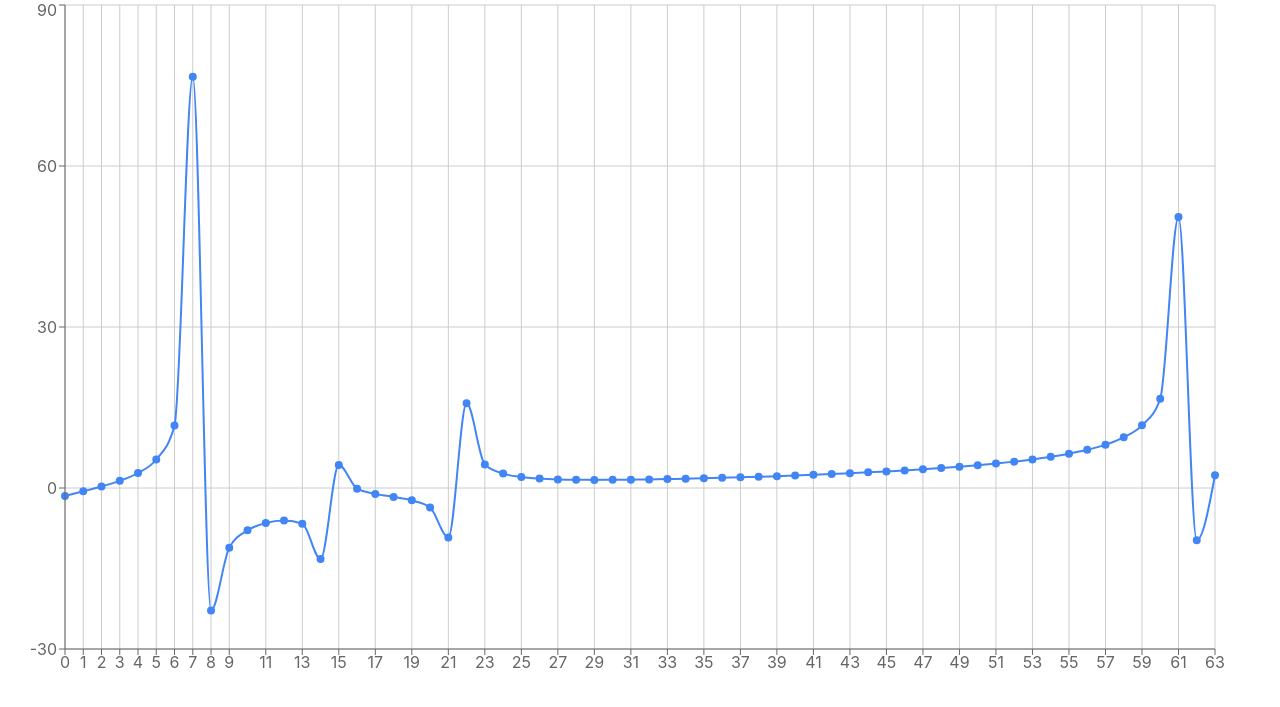
Repository: ivanburlakov/rts-labs
Page: / (app in lab2.1/)
An editor plug-in stored every save of this project. The page is shown before and after the next save, followed by the edit.
The browser window is 1280 px wide. The pictures show the whole page.
The project was rebuilt for these pictures with package versions that can differ from the ones it lists, and the page was loaded fresh each time.

Above is the page before, as saved 2021-04-23 17:45:34.

### lab2.1/src/App.js
import { useState, useEffect } from "react";
import {
  LineChart,
  Line,
  CartesianGrid,
  XAxis,
  YAxis,
  ResponsiveContainer,
  Tooltip,
} from "recharts";
import "./App.css";

function W(p, k, N) {
  return (
    Math.cos(((2 * Math.PI) / N) * (p * k)) - Math.sin(((2 * Math.PI) / N) * (p * k))
  );
}

function generateChart(harmonics, frequencyBorder, ticks) {
  const results = [];
  const x = [];
  const data = [];
  const a = [
    0.4339828585740546,
    0.7913122899825349,
    0.9046675274492586,
    0.03561605703191084,
    0.6945208754805292,
    0.31068813398293105,
    0.8019743203386724,
    0.28475103254141687,
    0.12064273435943562,
    0.9330672886468734,
  ];
  const phi = [
    0.22630164484429782,
    0.209250913297216,
    0.4181397442964869,
    0.7283513419958436,
    0.9143343248574061,
    0.29136587444048345,
    0.6230305731180181,
    0.7151092751757229,
    0.053674000231757946,
    0.14700253263682495,
  ];
  for (let i = 0; i < harmonics; i++) {
    const w = (frequencyBorder / harmonics) * (i + 1);
    const harmonic = [];
    for (let t = 0; t < ticks; t++) {
      harmonic.push(a[i] * Math.sin(w * t + phi[i]));
    }
    results.push(harmonic);
  }
  for (let t = 0; t < ticks; t++) {
    let sum = 0;
    for (const array of results) {
      sum += array[t];
    }
    x.push(sum);
  }
  for (let p = 0; p < 64; p++) {
    let F = 0;
    for (let k = 0; k < x.length - 1; k++) {
      F += x[k] * W(p, k, x.length);
    }
    data.push({
      p,
      'F(p)': F,
    });
  }
  return data;
}

function App() {
  const [data, setData] = useState(null);
  useEffect(() => {
    setData(generateChart(10, 900, 256));
  }, []);
  return (
    <div className="App">
      {data && (
        <div className="chart">
          <ResponsiveContainer width="100%" height="95%">
            <LineChart
              data={data}
              margin={{ right: 65, top: 5, bottom: 5, left: 5 }}
            >
              <CartesianGrid stroke="#ccc" />
              <Line
                type="monotone"
                dataKey="F(p)"
                stroke="#4285F4"
                fill="#4285F4"
                strokeWidth={2}
              />
              <XAxis dataKey="p" />
              <YAxis dataKey="F(p)" />
              <Tooltip />
            </LineChart>
          </ResponsiveContainer>
        </div>
      )}
    </div>
  );
}

export default App;

### lab2.1/src/App.css
.App {
  position: absolute;
  top: 0;
  bottom: 0;
  left: 0;
  right: 0;
  display: flex;
  flex-direction: column;
  justify-content: center;
  align-items: center;
  overflow: hidden;
}

.results {
  flex: 1;
  position: relative;
  height: 80px;
  width: 100%;
  display: flex;
  flex-direction: row;
}

.center {
  flex: 1;
  position: relative;
  display: flex;
  justify-content: center;
  align-items: center;
}

.mx {
  display: block;
}

.dx {
  display: block;
}

.chart {
  position: relative;
  height: 100%s;
  width: 100%;
  flex: 5;
}

Loaded but not shown: lab2.1/public/index.html (common file); lab2.1/src/index.js (common file); lab2.1/src/index.css (common file); lab2.1/src/reportWebVitals.js (common file)

After the next save:
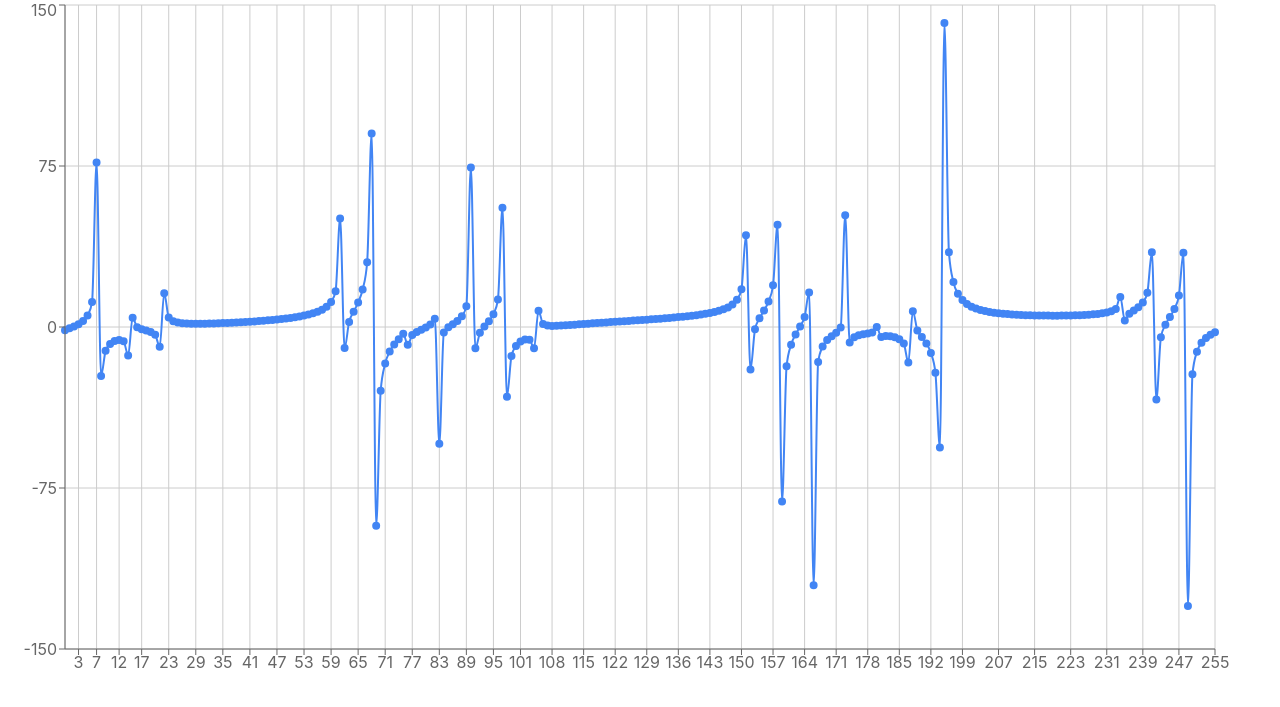
Saved 29 s later.
--- a/lab2.1/src/App.js
+++ b/lab2.1/src/App.js
@@ -59,7 +59,7 @@ function generateChart(harmonics, frequencyBorder, ticks) {
     }
     x.push(sum);
   }
-  for (let p = 0; p < 64; p++) {
+  for (let p = 0; p < 256; p++) {
     let F = 0;
     for (let k = 0; k < x.length - 1; k++) {
       F += x[k] * W(p, k, x.length);
